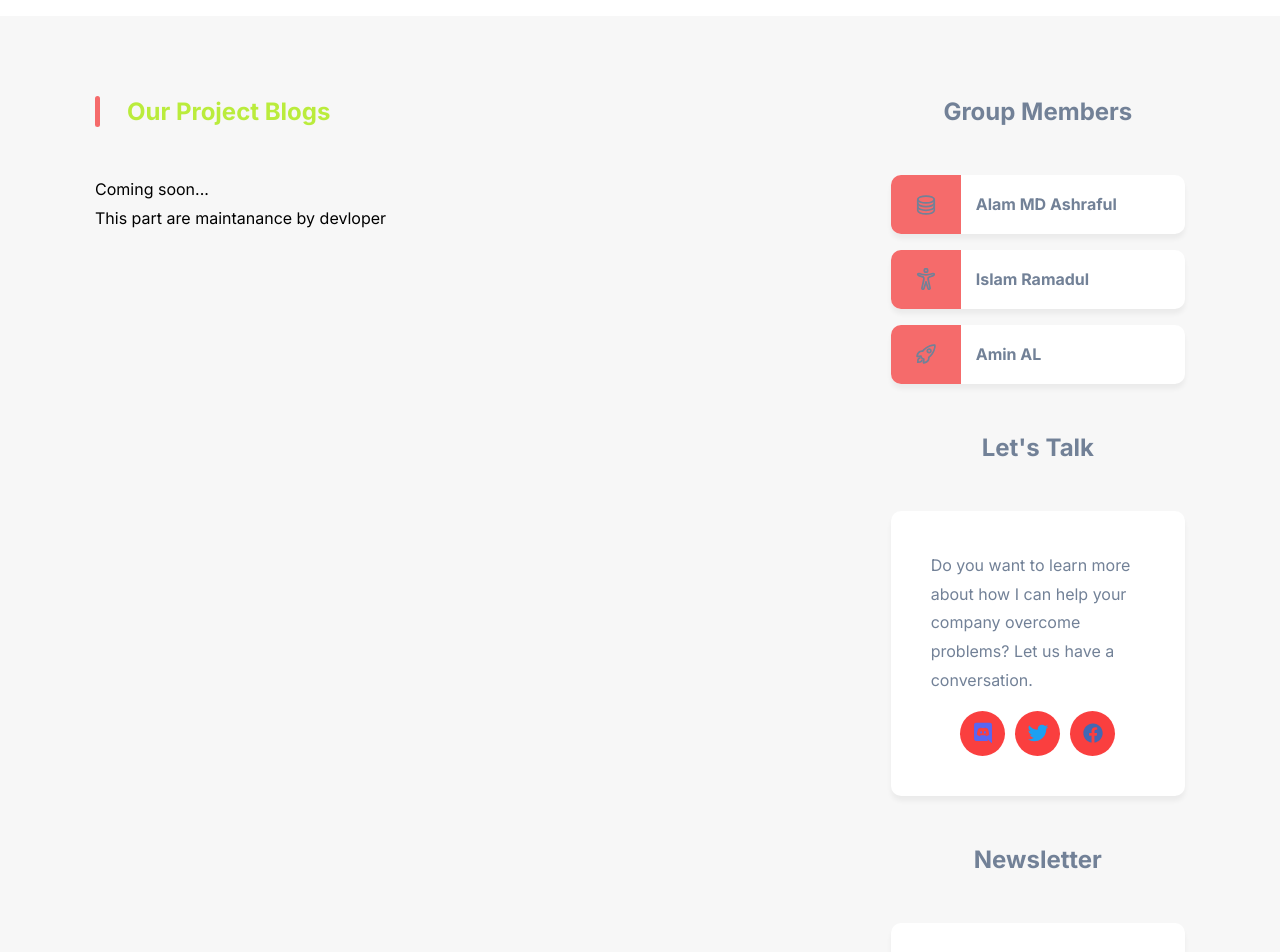
Repository: ramizraaz/zjuTeam
Page: main.html
An editor plug-in stored every save of this project. The page is shown before and after the next save, followed by the edit.
The browser window is 1280 px wide. The pictures show the part of the page from y = 536 to 1488 px (the page is 2323 px tall before and 2174 px after).
A picture or video elsewhere on the page could not be fetched, so the positions and the page height are approximate.

Above is the page before, as saved 2023-10-09 02:26:27.

After the next save:
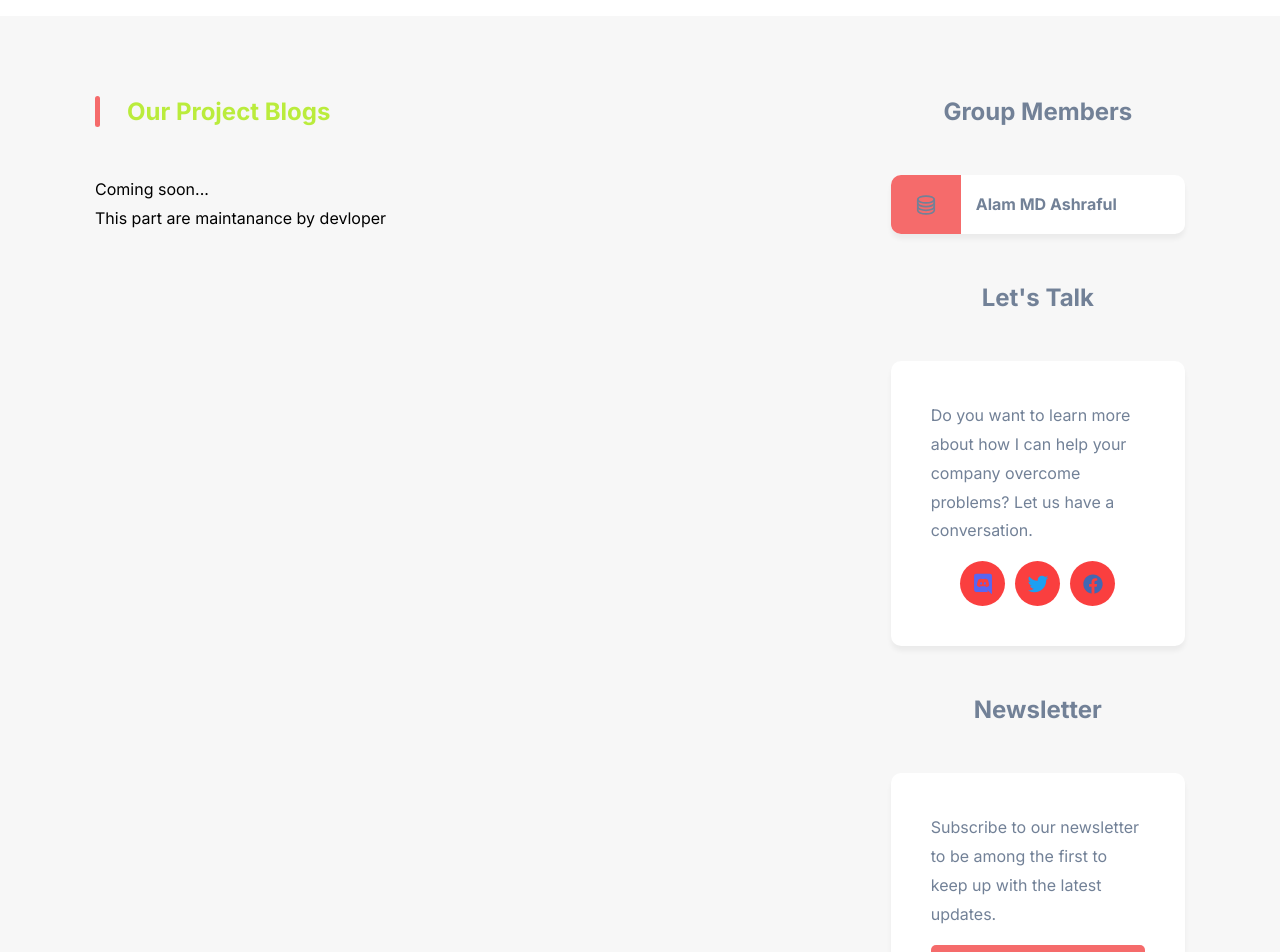
Saved 41 s later.
--- a/main.html
+++ b/main.html
@@ -199,22 +199,6 @@
                             <p>Alam MD Ashraful</p>
                         </a>
 
-                        <a href="#" class="topic-btn">
-                            <div class="icon-box">
-                                <ion-icon name="accessibility-outline"></ion-icon>
-                            </div>
-
-                            <p>Islam Ramadul</p>
-                        </a>
-
-                        <a href="#" class="topic-btn">
-                            <div class="icon-box">
-                                <ion-icon name="rocket-outline"></ion-icon>
-                            </div>
-
-                            <p>Amin AL</p>
-                        </a>
-
                     </div>
                     <div class="contact">
 
